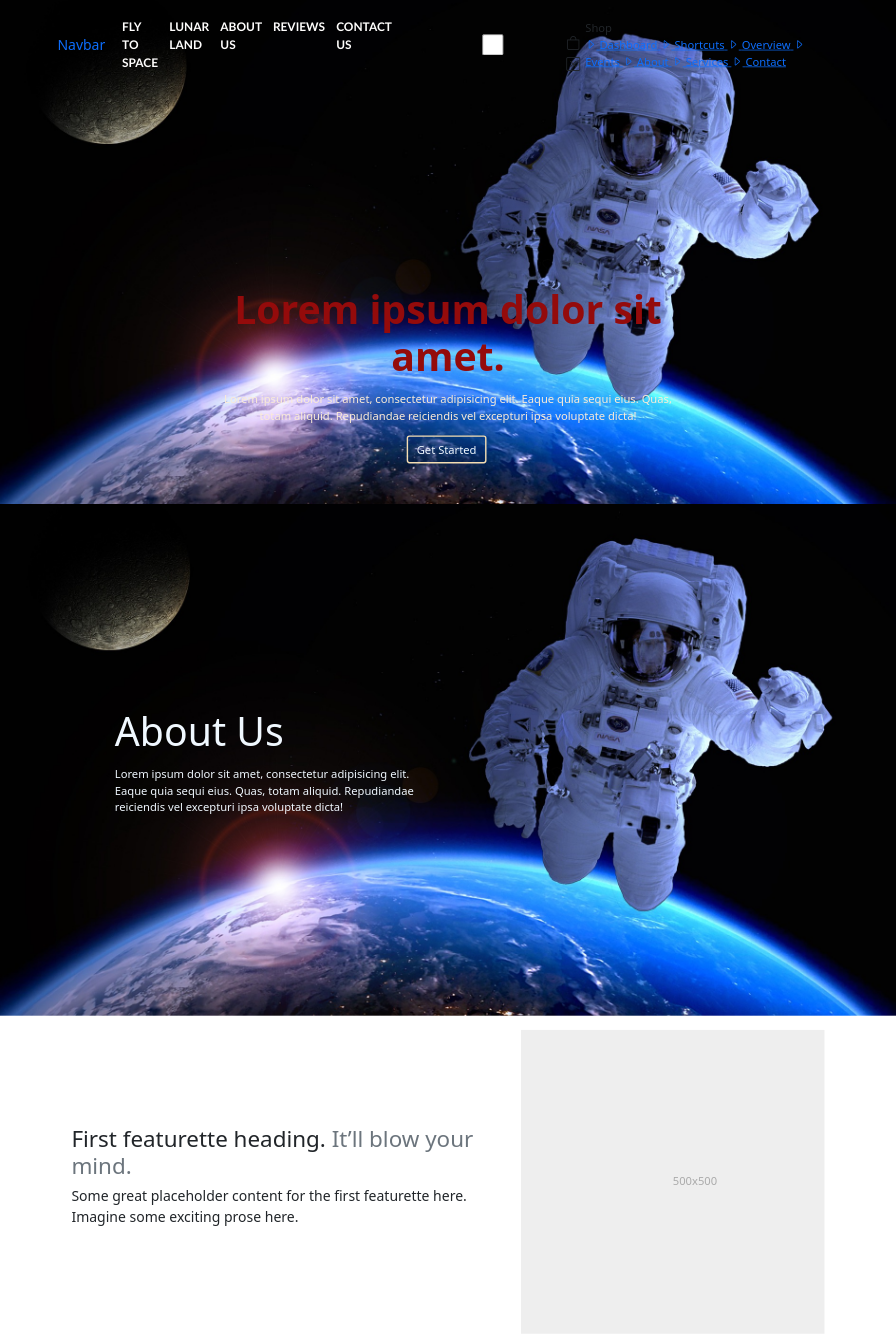
Repository: sarthakkathpalia/elliptical
Page: html/home.html
An editor plug-in stored every save of this project. The page is shown before and after the next save, followed by the edit.
The browser window is 1280 px wide. The pictures show the part of the page from y = 0 to 1920 px (the page is 4621 px tall), at 70% of full size.
Some icons come from a web library that is not loaded, so they are not drawn. Some web libraries are served in a nearby version.

Above is the page before, as saved 2021-10-29 16:30:32.
Console error: ReferenceError: emailjs is not defined

### html/home.html
<!doctype html>
<html lang="en">
  <head>
    <!-- Required meta tags -->
    <meta charset="utf-8">
    <meta name="viewport" content="width=device-width, initial-scale=1">

    <!-- Bootstrap CSS -->
    <link href="https://cdn.jsdelivr.net/npm/bootstrap@5.1.3/dist/css/bootstrap.min.css" rel="stylesheet" integrity="sha384-1BmE4kWBq78iYhFldvKuhfTAU6auU8tT94WrHftjDbrCEXSU1oBoqyl2QvZ6jIW3" crossorigin="anonymous">
    <link rel="stylesheet" href="/Css/home.css">
    <script type="text/javascript" src="https://cdn.jsdelivr.net/npm/emailjs-com@3/dist/email.min.js"></script>
    <link rel="stylesheet" href="https://cdn.jsdelivr.net/npm/bootstrap-icons@1.6.1/font/bootstrap-icons.css">

    <script type="text/javascript">
    (function() {
    emailjs.init("user_RQy2NQAr1UeMOoaw4Cpgi");
    })();
    </script>
    <title>XYZ</title>
  </head>
  <body>

    <nav class="navbar navbar-expand-lg ">
      <div class="container">
        <a class="navbar-brand" href="#">Navbar</a>
        <button class="navbar-toggler" type="button" data-bs-toggle="collapse" data-bs-target="#navbarNavDropdown" aria-controls="navbarNavDropdown" aria-expanded="false" aria-label="Toggle navigation">
          <span class="navbar-toggler-icon"></span>
        </button>
        <div class="collapse navbar-collapse" id="navbarNavDropdown">
          <ul class="navbar-nav ">
            <!-- <li class="nav-item">
              <a class="nav-link active" aria-current="page" href="#">Home</a>
            </li> -->
            <li class="nav-item">
              <a class="nav-link" href="#fly">FLY TO SPACE</a>
            </li>
            <li class="nav-item">
              <a class="nav-link" href="#">Lunar Land</a>
            </li>
            <li class="nav-item">
              <a class="nav-link" href="#section2">About Us</a>
            </li>
            <li class="nav-item">
              <a class="nav-link" href="#services">Reviews</a>
            </li>
            <li class="nav-item">
              <a class="nav-link" href="#contact">Contact us</a>
            </li>

            <!-- <li class="nav-item dropdown">
              <a class="nav-link dropdown-toggle" href="#" id="navbarDropdownMenuLink" role="button" data-bs-toggle="dropdown" aria-expanded="false">
                Dropdown link
              </a>
              <ul class="dropdown-menu" aria-labelledby="navbarDropdownMenuLink">
                <li><a class="dropdown-item" href="#">Action</a></li>
                <li><a class="dropdown-item" href="#">Another action</a></li>
                <li><a class="dropdown-item" href="#">Something else here</a></li>
              </ul>
            </li> -->


          </ul>
            <div class="right ms-auto">
            <a class="nav-link" href="#"></a>
          </div>
          <input type="checkbox" id="check">
    <label for="check">
      <i class="bi bi-bag" id="btn"></i>
      <i class="bi bi-x-square" id="cancel"></i>
    </label>
    <div class="sidebar">
      <header>Shop</header>
      <a href="#" class="active">
        <i class="bi bi-caret-right"></i>
        <span>Dashboard</span>
      </a>
      <a href="#">
        <i class="bi bi-caret-right"></i>
        <span>Shortcuts</span>
      </a>
      <a href="#">
        <i class="bi bi-caret-right"></i>
        <span>Overview</span>
      </a>
      <a href="#">
        <i class="bi bi-caret-right"></i>
        <span>Events</span>
      </a>
      <a href="#">
        <i class="bi bi-caret-right"></i>
        <span>About</span>
      </a>
      <a href="#">
        <i class="bi bi-caret-right"></i>
        <span>Services</span>
      </a>
      <a href="#">
        <i class="bi bi-caret-right"></i>
        <span>Contact</span>
      </a>
    </div>
        </div>
      </div>
    </nav>





    <div class="home vh-100 d-flex align-items-center" id="home">
      <div class="container">
          <div class="row">
              <div class="col-lg-7 mx-auto text-center">
                  <h1 class="display-4 ">Lorem ipsum dolor sit amet.</h1>
                  <p class=" my-3">Lorem ipsum dolor sit amet, consectetur adipisicing elit. Eaque quia
                      sequi eius. Quas, totam aliquid. Repudiandae reiciendis vel excepturi ipsa voluptate dicta!</p>
                  <a href="#" class="btn me-1 ">Get Started</a>

              </div>
          </div>
      </div>
  </div>


      <a id="arrow" class = "arrow" href="#home "><i class="up"></i></a>
      <a id="arrow" class = "arrow" href="#section2 "><i class="down"></i></a>





<main id=section2>
  <div class=" section2 container ">
    <div class="row ">
      <div class="col-lg-6 ">
          <h1 data-js="reveal" class="display-4 ">About Us</h1>
          <p  data-js="reveal" class=" my-3">Lorem ipsum dolor sit amet, consectetur adipisicing elit. Eaque quia
              sequi eius. Quas, totam aliquid. Repudiandae reiciendis vel excepturi ipsa voluptate dicta!</p>
      </div>
    </div>
</div>
</main>

<div class="container marketing">



  <div id="fly" class="con1">
  <div class="row featurette align-items-center">
    <div class="col-md-7">
      <h2 class="featurette-heading">First featurette heading. <span class="text-muted">It’ll blow your mind.</span></h2>
      <p class="lead">Some great placeholder content for the first featurette here. Imagine some exciting prose here.</p>
    </div>
    <div class="col-md-5">
      <!-- <img src="cosmos.jpg" alt=""> -->
      <svg class="bd-placeholder-img bd-placeholder-img-lg featurette-image img-fluid mx-auto" width="500" height="500" xmlns="http://www.w3.org/2000/svg" role="img" aria-label="Placeholder: 500x500" preserveAspectRatio="xMidYMid slice" focusable="false"><title>Placeholder</title><rect width="100%" height="100%" fill="#eee"></rect><text x="50%" y="50%" fill="#aaa" dy=".3em">500x500</text></svg>

    </div>
  </div>
</div>



  <div class="row featurette align-items-center">
    <div class="col-md-7 order-md-2">
      <h2 class="featurette-heading">Oh yeah, it’s that good. <span class="text-muted">See for yourself.</span></h2>
      <p class="lead">Another featurette? Of course. More placeholder content here to give you an idea of how this layout would work with some actual real-world content in place.</p>
    </div>
    <div class="col-md-5 order-md-1">
      <svg class="bd-placeholder-img bd-placeholder-img-lg featurette-image img-fluid mx-auto" width="500" height="500" xmlns="http://www.w3.org/2000/svg" role="img" aria-label="Placeholder: 500x500" preserveAspectRatio="xMidYMid slice" focusable="false"><title>Placeholder</title><rect width="100%" height="100%" fill="#eee"></rect><text x="50%" y="50%" fill="#aaa" dy=".3em">500x500</text></svg>

    </div>
  </div>




  <div class="row featurette align-items-center">
    <div class="col-md-7">
      <h2 class="featurette-heading">And lastly, this one. <span class="text-muted">Checkmate.</span></h2>
      <p class="lead">And yes, this is the last block of representative placeholder content. Again, not really intended to be actually read, simply here to give you a better view of what this would look like with some actual content. Your content.</p>
    </div>
    <div class="col-md-5">
      <svg class="bd-placeholder-img bd-placeholder-img-lg featurette-image img-fluid mx-auto" width="500" height="500" xmlns="http://www.w3.org/2000/svg" role="img" aria-label="Placeholder: 500x500" preserveAspectRatio="xMidYMid slice" focusable="false"><title>Placeholder</title><rect width="100%" height="100%" fill="#eee"></rect><text x="50%" y="50%" fill="#aaa" dy=".3em">500x500</text></svg>

    </div>
  </div>
</div>

<section id="services">

  <div class="container">
      <div class="row  mb-5">
          <div class=" col-md-8 mx-auto text-center">

              <h1 data-aos="fade-up">Reviews</h1>
              <p>Lorem ipsum dolor sit amet consectetur nisi necessitatibus repellat distinctio eveniet eaque fuga
                  in cumque optio consectetur harum vitae debitis sapiente praesentium aperiam aut</p>
          </div>
      </div>
      <div class="row g-4">
          <div class="col-lg-4 col-sm-6">
              <div class="service card-effect bounceInUp">
                  <div class="iconbox">
                      <i class='bx bxs-check-shield'></i>
                  </div>
                  <h5 class="mt-4 mb-2">x</h5>
                  <p>Lorem ipsum dolor sit amet consectetur adipisicing elit. Nihil perspiciatis illo asperiores
                      perferendis </p>
              </div>
          </div>
          <div class="col-lg-4 col-sm-6">
              <div class="service card-effect">
                  <div class="iconbox">
                      <i class='bx bxs-comment-detail'></i>
                  </div>
                  <h5 class="mt-4 mb-2">y</h5>
                  <p>Lorem ipsum dolor sit amet consectetur adipisicing elit. Nihil perspiciatis illo asperiores
                      perferendis </p>
              </div>
          </div>
          <div class="col-lg-4 col-sm-6">
              <div class="service card-effect">
                  <div class="iconbox">
                      <i class='bx bxs-cog'></i>
                  </div>
                  <h5 class="mt-4 mb-2">z</h5>
                  <p>Lorem ipsum dolor sit amet consectetur adipisicing elit. Nihil perspiciatis illo asperiores
                      perferendis </p>
              </div>
          </div>
         </div>

  </div>
</section>
<div id= "contact" class="form">

  <h2>Get in Touch</h2>
  <label htmlFor="name">Name</label>
  <input type="text" id="name"/>
  <label htmlFor="City">City</label>
  <input type="text" id="city"/>
  <label htmlFor="email">E-Mail</label>
  <input type="email" id="email"/>
  <label>Contact Details</label>
  <textarea  rows="7" cols="100"  id="message" ></textarea>
  <button class="b1" onclick="sendEmail()">Submit</button>
</div>



<footer class="py-3 my-4">
  <ul class="nav justify-content-center border-bottom pb-3 mb-3">
    <li class="nav-item"><a href="#" class="nav-link px-2 text-muted">Home</a></li>
    <li class="nav-item"><a href="#" class="nav-link px-2 text-muted">Features</a></li>
    <li class="nav-item"><a href="#" class="nav-link px-2 text-muted">Pricing</a></li>
    <li class="nav-item"><a href="#" class="nav-link px-2 text-muted">FAQs</a></li>
    <li class="nav-item"><a href="#" class="nav-link px-2 text-muted">About</a></li>
  </ul>
  <p class="text-center text-muted">© 2021 Company, Inc</p>
</footer>



    <!-- Optional JavaScript; choose one of the two! -->

    <!-- Option 1: Bootstrap Bundle with Popper -->
    <script src="https://cdn.jsdelivr.net/npm/bootstrap@5.1.3/dist/js/bootstrap.bundle.min.js" integrity="sha384-ka7Sk0Gln4gmtz2MlQnikT1wXgYsOg+OMhuP+IlRH9sENBO0LRn5q+8nbTov4+1p" crossorigin="anonymous"></script>

    <!-- Option 2: Separate Popper and Bootstrap JS -->
    <!--
    <script src="https://cdn.jsdelivr.net/npm/@popperjs/core@2.10.2/dist/umd/popper.min.js" integrity="sha384-7+zCNj/IqJ95wo16oMtfsKbZ9ccEh31eOz1HGyDuCQ6wgnyJNSYdrPa03rtR1zdB" crossorigin="anonymous"></script>
    <script src="https://cdn.jsdelivr.net/npm/bootstrap@5.1.3/dist/js/bootstrap.min.js" integrity="sha384-QJHtvGhmr9XOIpI6YVutG+2QOK9T+ZnN4kzFN1RtK3zEFEIsxhlmWl5/YESvpZ13" crossorigin="anonymous"></script>
    -->
    <script src="/main.js"></script>
  </body>
</html>

### Css/home.css

*{
    margin: 0;
    padding: 0;
    box-sizing: border-box;
}
.arrow{
    font-size: 20px;
    color: white;
    bottom: 0px;
    right: 0px;
    padding: 30px;
    position: fixed;
}
.navbar-nav{
    font-weight: bold;
    text-transform: uppercase;
    font-size: 17px;
    font-family: 'Gill Sans', 'Gill Sans MT', Calibri, 'Trebuchet MS', sans-serif;
}

.navbar{
    position: absolute;
    z-index: 10;
    margin-top: 9px;
    width: 100%;
}
.navbar-nav a{
    color: rgb(255, 254, 253);
}

.navbar-nav a:hover{
    color: black;
   text-decoration: underline;
   transition: 0.5s;
  font-size: 18px;
  transform: translateY(-8%);
}
.home{
    position: relative;
    background-image: url(/Images/astronaut.jpg);
    background-size: cover;
    background-position: center;
}
.home .row{
    margin-top: 350px;
}
.home h1{
    color: rgb(148, 11, 11);
    font-weight: bold;
}
.home p{
    color: antiquewhite;
}
.row a{
    border: 2px solid wheat;
    color: aliceblue;
}
.row a:hover{
    transition: 0.2s;
    transform: translateY(5%);
    font-size: 18px;
    border: 2px solid wheat;
    color: aliceblue;
}
.nav-item a:focus{
    color:black;
}
section {

    height:700px;

    padding-top: 120px;
    padding-bottom: 120px;
  }
  .service{
    padding: 25px;
    box-shadow: 5px 8px 22px rgba(0, 0, 0, 0.199);
    transition: all 0.35s ease;
  }

  .service:hover{
    box-shadow: 5px 8px 22px rgba(38, 17, 66, 0.205);
    transform: translateY(5px);

  }
  .dropdown-menu a{
      color:black;
  }

   #section2 .container {

    padding-top: 120px;
    padding-bottom: 120px;
    background-image: url(/Images/astronaut.jpg);
    background-repeat: no-repeat;
    background-size: cover;
    max-width: 100%;

  }
  .section2 .row{
     display: flex;
     margin: 140px;
     margin-top: 170px;
     margin-bottom:150px ;
    color: aliceblue;
  }
  [data-reveal="text"]{
      opacity: 0;

  }
  [data-js="reveal"].loaded [data-reveal="text"]{
      opacity:1;
      animation:reveal-text 1.5s ease;

  }
  @keyframes reveal-text {
      0%{
         opacity: 0;

      }
      50%{

          opacity: 1;
      }

    }

    .con1,.con3{
        padding: 20px;


      }
      .con2 h2{
        color:rgb(245, 239, 239);
      }
      .con2 p{
        color:rgba(240, 238, 238, 0.726);
      }

      .con2{
        background-image:url(/Images/cosmos.jpg) ;
        padding: 20px;
      }

      footer {
        background-image:url(/Images/cosmos.jpg) ;
      }
      .form{

          height: 900px;
        font-family:'Lucida Sans', 'Lucida Sans Regular', 'Lucida Grande', 'Lucida Sans Unicode', Geneva, Verdana, sans-serif;
        padding: 10%;
        /* background: url('215c7fdca6033092baa04b35c17466bd.gif') no-repeat ;
        background-size: cover; */
        background-image: linear-gradient(to right,#000000,#434343);
        display: flex;
        color: white;
        flex-direction: column;
    }
    input,textarea{
        background-color: #434343;
    }
    textarea{
        width:350px;

        border-radius: 8px;

    }
    input{
        width:350px;
        height: 30px;
        border-radius: 8px;
    }

    label{
        font-size: 20px;
        margin-top: 30px;
        margin-bottom: 3px;
    }
    .b1{
        margin-top: 20px;
        color: white;
        background-color:#000000 ;
        padding: 15px;
        width: 150px;
        border-radius: 3px;
    }
    .b1:hover{
        background-color: white;
        color: black;
    }

### main.js
"use strict";
const sendEmail = async () => {
  var templateParams = {
      name: document.getElementById("name").value,
      message:document.getElementById("message").value,
      city:document.getElementById("city").value,
      Email:document.getElementById("email").value
  };

  emailjs.send('service_v5j0w57', 'template_jckj8km',templateParams)
    .then(function(res)
        {
          console.log("success",res.status);
        })

  const res = await fetch("https://tea-baggins-default-rtdb.firebaseio.com/form.json",{
      method: "POST",
      headers: {
          "Content-Type" : "application/json",
      },
      body:JSON.stringify(templateParams),
     })

  console.log("submited");
  alert("Thank you for your response");
}

var COLOR_LIST = ['#31fe4d', '#ff00ff', 'orange', '#007fff', '#00ffff'];
var $targetList;

var init = function init() {
  $targetList = document.querySelectorAll('[data-js="reveal"]');
  setup();
  window.addEventListener('scroll', onScroll, false);
  window.dispatchEvent(new Event('scroll'));
};

var getArrayRandomValue = function getArrayRandomValue(array) {
  return array[Math.floor(Math.random() * array.length)];
};

var setup = function setup() {
  var _iteratorNormalCompletion = true;
  var _didIteratorError = false;
  var _iteratorError = undefined;

  try {
    for (var _iterator = $targetList[Symbol.iterator](), _step; !(_iteratorNormalCompletion = (_step = _iterator.next()).done); _iteratorNormalCompletion = true) {
      var $target = _step.value;
      var content = $target.innerHTML;
      var color = 'revealColor' in $target.dataset ? $target.dataset.revealColor : getArrayRandomValue(COLOR_LIST);
      $target.innerHTML = "<span data-reveal=\"content\"><div data-reveal=\"cover\" style=\"background-color:".concat(color, "\"></div><span data-reveal=\"text\">").concat(content, "</span></span>");
    }
  } catch (err) {
    _didIteratorError = true;
    _iteratorError = err;
  } finally {
    try {
      if (!_iteratorNormalCompletion && _iterator.return != null) {
        _iterator.return();
      }
    } finally {
      if (_didIteratorError) {
        throw _iteratorError;
      }
    }
  }
};

var onScroll = function onScroll() {
  var windowH = window.innerHeight;
  var scrollTop = document.documentElement.scrollTop || document.body.scrollTop;
  var isMostScroll = document.body.clientHeight <= scrollTop + windowH;
  var _iteratorNormalCompletion2 = true;
  var _didIteratorError2 = false;
  var _iteratorError2 = undefined;

  try {
    for (var _iterator2 = $targetList[Symbol.iterator](), _step2; !(_iteratorNormalCompletion2 = (_step2 = _iterator2.next()).done); _iteratorNormalCompletion2 = true) {
      var $target = _step2.value;
      if ($target.classList.contains('loaded')) continue;
      var rect = $target.getBoundingClientRect();
      var top = rect.top + scrollTop;
      if (isMostScroll || top <= scrollTop + windowH * .8) $target.classList.add('loaded');
    }
  } catch (err) {
    _didIteratorError2 = true;
    _iteratorError2 = err;
  } finally {
    try {
      if (!_iteratorNormalCompletion2 && _iterator2.return != null) {
        _iterator2.return();
      }
    } finally {
      if (_didIteratorError2) {
        throw _iteratorError2;
      }
    }
  }
};

document.addEventListener('DOMContentLoaded', init, false);

After the next save:
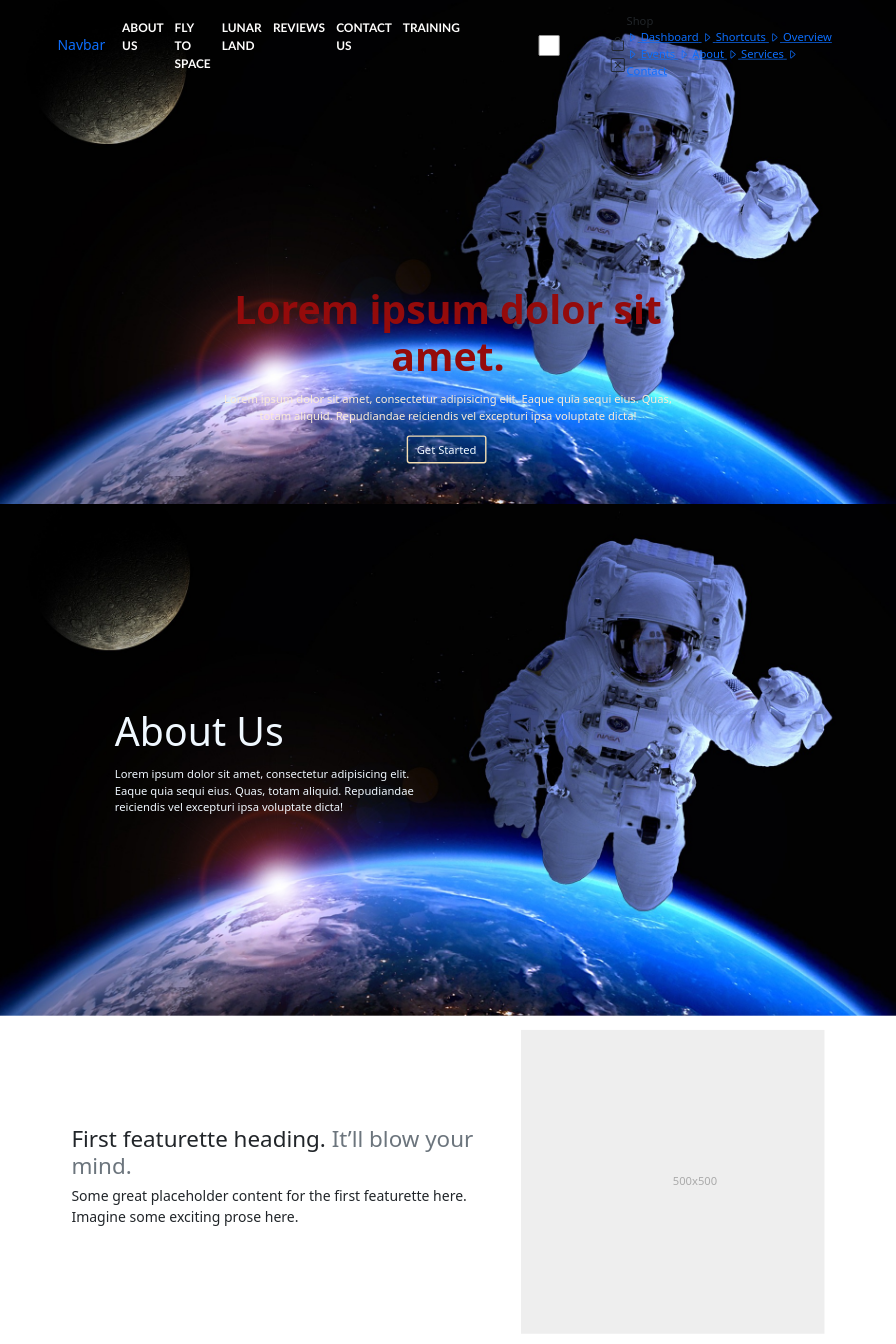
Saved 86 s later.
--- a/html/home.html
+++ b/html/home.html
@@ -32,19 +32,22 @@
               <a class="nav-link active" aria-current="page" href="#">Home</a>
             </li> -->
             <li class="nav-item">
+              <a class="nav-link" href="#section2">About Us</a>
+            </li>
+            <li class="nav-item">
               <a class="nav-link" href="#fly">FLY TO SPACE</a>
             </li>
             <li class="nav-item">
               <a class="nav-link" href="#">Lunar Land</a>
             </li>
             <li class="nav-item">
-              <a class="nav-link" href="#section2">About Us</a>
-            </li>
-            <li class="nav-item">
               <a class="nav-link" href="#services">Reviews</a>
             </li>
             <li class="nav-item">
               <a class="nav-link" href="#contact">Contact us</a>
+            </li>
+            <li class="nav-item">
+              <a class="nav-link" href="#">Training</a>
             </li>
 
             <!-- <li class="nav-item dropdown">
